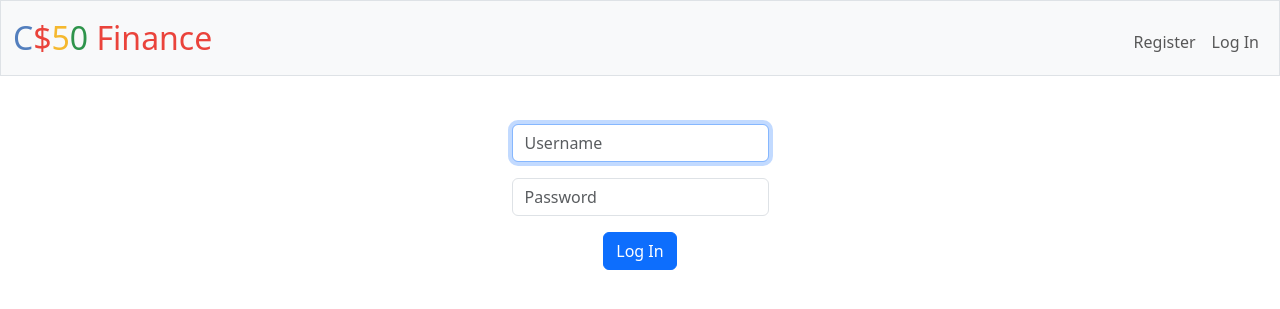
Repository: OMENx000/stock-trading
Page: http://localhost/login
These files come from the project's save history. The page is drawn as it stood at one moment and after the next save; the edit follows.
The browser window is 1280 px wide. The pictures show the whole page.
The page is served by the project's application, run on Flask 3 (app.py). Other server files are loaded and not shown.

Above is the page before, as saved 2025-08-18 17:46:13.

### templates/layout.html
<!DOCTYPE html>

<html lang="en">

    <head>

        <meta charset="utf-8">
        <meta name="viewport" content="initial-scale=1, width=device-width">

        <!-- http://getbootstrap.com/docs/5.3/ -->
        <link href="https://cdn.jsdelivr.net/npm/bootstrap@5.3.3/dist/css/bootstrap.min.css" rel="stylesheet" integrity="sha384-QWTKZyjpPEjISv5WaRU9OFeRpok6YctnYmDr5pNlyT2bRjXh0JMhjY6hW+ALEwIH" crossorigin="anonymous">
        <script src="https://cdn.jsdelivr.net/npm/bootstrap@5.3.3/dist/js/bootstrap.bundle.min.js" integrity="sha384-YvpcrYf0tY3lHB60NNkmXc5s9fDVZLESaAA55NDzOxhy9GkcIdslK1eN7N6jIeHz" crossorigin="anonymous"></script>

        <!-- https://favicon.io/emoji-favicons/money-bag/ -->
        <link href="/static/favicon.ico" rel="icon">

        <link href="/static/styles.css" rel="stylesheet">

        <script src="/static/script.js"></script>

        <title>Berkshire Hathaway: {% block title %}{% endblock %}</title>

    </head>

    <body>

        <nav class="bg-light border navbar navbar-expand-md navbar-light">
            <div class="container-fluid">
                <a class="navbar-brand" href="/"><span class="blue">C</span><span class="red">$</span><span class="yellow">5</span><span class="green">0</span> <span class="red">Finance</span></a>
                <button aria-controls="navbar" aria-expanded="false" aria-label="Toggle navigation" class="navbar-toggler" data-bs-target="#navbar" data-bs-toggle="collapse" type="button">
                    <span class="navbar-toggler-icon"></span>
                </button>
                <div class="collapse navbar-collapse" id="navbar">
                    {% if session["user_id"] %}
                        <ul class="navbar-nav me-auto mt-2">
                            <li class="nav-item"><a class="nav-link" href="/">Dashboard</a></li>
                            <li class="nav-item"><a class="nav-link" href="/quote">Quote</a></li>
                            <li class="nav-item"><a class="nav-link" href="/buy">Buy</a></li>
                            <li class="nav-item"><a class="nav-link" href="/sell">Sell</a></li>
                            <li class="nav-item"><a class="nav-link" href="/history">History</a></li>
                            <li class="nav-item"><a class="nav-link" href="/add_cash">Add Cash</a></li>
                        </ul>
                        <ul class="navbar-nav ms-auto mt-2">
                            <li class="nav-item"><a class="nav-link" href="/change-password">Change Password</a></li>
                            <li class="nav-item"><a class="nav-link" href="/logout">Log Out</a></li>
                        </ul>
                    {% else %}
                        <ul class="navbar-nav ms-auto mt-2">
                            <li class="nav-item"><a class="nav-link" href="/register">Register</a></li>
                            <li class="nav-item"><a class="nav-link" href="/login">Log In</a></li>
                        </ul>
                    {% endif %}
                </div>
            </div>
        </nav>

        {% if get_flashed_messages() %}
            <header>
                <div class="alert alert-primary mb-0 text-center" role="alert">
                    {{ get_flashed_messages() | join(" ") }}
                </div>
            </header>
        {% endif %}

        <main class="container py-5 text-center">
            {% block main %}{% endblock %}
        </main>
    </body>

</html>

### app.py
import os

from cs50 import SQL
from flask import Flask, flash, redirect, render_template, request, session, jsonify
from flask_session import Session
from werkzeug.security import check_password_hash, generate_password_hash
from datetime import datetime

from helpers import apology, login_required, lookup, usd, convert_dt, check_quantity

# Configure application
app = Flask(__name__)

# Custom filter
app.jinja_env.filters["usd"] = usd
app.jinja_env.filters["convert_dt"] = convert_dt

# Configure session to use filesystem (instead of signed cookies)
app.config["SESSION_PERMANENT"] = False
app.config["SESSION_TYPE"] = "filesystem"
Session(app)

# Configure CS50 Library to use SQLite database
db = SQL("sqlite:///finance.db")


@app.after_request
def after_request(response):
    """Ensure responses aren't cached"""
    response.headers["Cache-Control"] = "no-cache, no-store, must-revalidate"
    response.headers["Expires"] = 0
    response.headers["Pragma"] = "no-cache"
    return response


@app.route("/")
@login_required
def index():
    """Show portfolio of stocks"""
    context = {}
    context["shares"] = db.execute("SELECT * FROM shares_owned WHERE user_id = ?", session["user_id"])
    sum = db.execute("SELECT SUM(total_holdings) FROM shares_owned WHERE user_id = ?", session["user_id"])[0]["SUM(total_holdings)"]
    if not sum:
        sum = 0
    context["cash"] = db.execute("SELECT * FROM users WHERE id = ?", session["user_id"])[0]["cash"]
    context["total"] = context["cash"] + sum

    return render_template("index.html", context=context)

@app.route("/buy", methods=["GET", "POST"])
@login_required
def buy():
    """Buy shares of stock"""
    user_info = db.execute("SELECT * FROM users WHERE id = ?", session["user_id"])[0]
    balance = int(user_info["cash"])

    if request.method == "POST":
        symbol, quantity = request.form.get("symbol").upper(), request.form.get("quantity", 0)
        if quantity < 1: return apology("Enter Valid quantity") # quantity smaller than 1

        quantity = check_quantity(quantity)
        if not quantity:
            return apology("Enter Valid quantity")

        info = lookup(symbol)
        if not symbol or not info: # if symbol is wrong
            return apology("Enter Valid Symbol")


        #check if user can afford with available balance
        if info["price"] * quantity > balance:
            return apology("Insufficient Balance!")

        dt = int(datetime.now().timestamp())
        # record purchase with action = "P"
        db.execute("INSERT INTO history(user_id, company_name, company_symbol, action, quantity, price, datetime) VALUES (?, ?, ?, ?, ?, ?, ?)",
                   user_info["id"], info["name"], symbol, "P", quantity, info["price"], dt)


        # add into users shares
        shares_owned = db.execute("SELECT * FROM shares_owned WHERE user_id = ? AND symbol = ?", user_info["id"], symbol) # get current holdings

        if shares_owned: # if already have that type of shares
            db.execute("UPDATE shares_owned SET quantity = ?, total_holdings = ? WHERE user_id = ? AND symbol = ?", shares_owned[0]["quantity"] + quantity,
                       shares_owned[0]["total_holdings"] + (quantity * info["price"]), user_info["id"], symbol)
        else:
            db.execute("INSERT INTO shares_owned(user_id, symbol, quantity, total_holdings) VALUES(?, ?, ?, ?)", user_info["id"],
                       symbol, quantity, info["price"] * quantity)


        # decrease balance
        db.execute("UPDATE users SET cash = ? WHERE id = ?", balance - (info["price"] * quantity), user_info["id"])

        return redirect("/")
    return render_template("purchase.html", balance=balance)


@app.route("/history")
@login_required
def history():
    """Show history of transactions"""
    context = db.execute("SELECT * FROM history WHERE user_id = ?", session["user_id"])
    return render_template("history.html", context=context)

@app.route("/login", methods=["GET", "POST"])
def login():
    """Log user in"""

    # Forget any user_id
    session.clear()

    # User reached route via POST (as by submitting a form via POST)
    if request.method == "POST":
        # Ensure username was submitted
        if not request.form.get("username"):
            return apology("must provide username", 403)

        # Ensure password was submitted
        elif not request.form.get("password"):
            return apology("must provide password", 403)

        # Query database for username
        rows = db.execute(
            "SELECT * FROM users WHERE username = ?", request.form.get("username")
        )

        # Ensure username exists and password is correct
        if len(rows) != 1 or not check_password_hash(
            rows[0]["hash"], request.form.get("password")
        ):
            return apology("invalid username and/or password", 403)

        # Remember which user has logged in
        session["user_id"] = rows[0]["id"]

        # Redirect user to home page
        return redirect("/")

    # User reached route via GET (as by clicking a link or via redirect)
    else:
        return render_template("login.html")


@app.route("/logout")
def logout():
    """Log user out"""

    # Forget any user_id
    session.clear()

    # Redirect user to login form
    return redirect("/")


@app.route("/quote", methods=["GET", "POST"])
@login_required
def quote():
    """Get stock quote."""
    if request.method == "POST":
        symbol = request.form.get("symbol")
        info = lookup(symbol)

        if not symbol or not info: # if input is wrong
            return apology("Enter Valid Symbol")
        return render_template("quote.html", info=info) # if request is post and input is correct
    return render_template("quote.html") # get request

@app.route("/register", methods=["GET", "POST"])
def register():
    """Register user"""
    if request.method == "POST":
        username, password, confirmation = request.form.get("username"), request.form.get("password"), request.form.get("confirmation")
        if not username or not password or not confirmation: # if any field is blank
            return apology("You must fill all fields correctly!")
        if password != confirmation:
            return apology("Passwords does not match")
        if db.execute("SELECT * FROM users WHERE username = ?", username):  # username already taken
            return apology("Username is already taken!")

        hash = generate_password_hash(password)
        db.execute("INSERT INTO users(username, hash) VALUES (?, ?)", username, hash) # put into database

        return redirect("/login")
    return render_template("register.html") # get request

@app.route("/sell", methods=["GET", "POST"])
@login_required
def sell():
    """Sell shares of stock"""
    user_info = db.execute("SELECT * FROM users WHERE id = ?", session["user_id"])[0]
    balance = int(user_info["cash"])

    if request.method == "POST":
        symbol, quantity = request.form.get("symbol").upper(), request.form.get("quantity", 0)
        if quantity < 1: return apology("Enter Valid quantity") # quantity smaller than 1

        quantity = check_quantity(quantity)
        if not quantity:
            return apology("Enter Valid quantity")

        info = lookup(symbol)
        if not symbol or not info: # if symbol is wrong
            return apology("Enter Valid Symbol")

        # check if user owns the stock in particular quantity
        shares_owned = db.execute("SELECT * FROM shares_owned WHERE user_id = ? AND symbol = ?", user_info["id"], symbol)
        if not shares_owned or shares_owned[0]["quantity"] < quantity:
            return apology("No shares available to sell")

        # if everything is okay
        dt = int(datetime.now().timestamp())
        # record sell with action = "S"
        db.execute("INSERT INTO history(user_id, company_name, company_symbol, action, quantity, price, datetime) VALUES (?, ?, ?, ?, ?, ?, ?)",
                   user_info["id"], info["name"], symbol, "S", quantity, info["price"], dt)

        # change shares owned
        if shares_owned[0]["quantity"] > quantity: # update quantity if more available
            db.execute("UPDATE shares_owned SET quantity = ?, total_holdings = ? WHERE user_id = ? AND symbol = ?",
                       shares_owned[0]["quantity"] - quantity, shares_owned[0]["total_holdings"] - (info["price"] * quantity), user_info["id"], symbol)

        elif shares_owned[0]["quantity"] == quantity: # remove from list if quantity match
            db.execute("DELETE FROM shares_owned WHERE user_id = ? AND symbol = ?", user_info["id"], symbol)

        # increase balance
        db.execute("UPDATE users SET cash = ? WHERE id = ?", balance + (info["price"] * quantity), user_info["id"])

        return redirect("/")
    return render_template("sell.html", balance=balance)


@app.route("/change-password", methods=["GET", "POST"])
@login_required
def change_password():
    ''' Users can change password when logged in'''
    if request.method == "POST":
        current_password, new_password = request.form.get("current_password"), request.form.get("new_password")
        if not current_password or not new_password or not request.form.get("confirm_new_password"): # check all fields are filled
            return apology("Enter Valid Credentials")

        # current password is not correct
        if not check_password_hash((db.execute("SELECT hash FROM users WHERE id = ?", session["user_id"])[0]["hash"]), current_password):
            return apology("Current password is incorrect")

        # if old and new are same
        if current_password == new_password:
            return apology("Passwords cannot be same")

        # new passwords does not match
        if new_password != request.form.get("confirm_new_password"):
            return apology("Passwords does not match")

        # change the passowrd in db
        db.execute("UPDATE users SET hash=? WHERE id = ?", generate_password_hash(new_password), session["user_id"])
        return redirect("/")
    return render_template("change_password.html")

@app.route("/lookup", methods=["GET"])
def lookup_api():
    symbol = request.args.get("symbol")
    if not symbol:
        return jsonify({"error": "Missing symbol"}), 400

    info = lookup(symbol)  # returns dict like {"name": "...", "symbol": "...", "price": ...}
    if not info:
        return jsonify({"error": "Symbol not found"}), 404

    return jsonify(info)

@app.route("/add_cash", methods=["GET", "POST"])
def add_cash():
    user_info = db.execute("SELECT * FROM users WHERE id = ?", session["user_id"])
    if request.method == "POST":
        cash = int(request.form.get("cash", default=0))
        # if field is empty or number is less than 100
        if cash < 100:
            return apology("Enter amount greater than 100")
        elif cash > 100000: # for fun
            return apology("Be in your limits")

        db.execute("UPDATE users SET cash=? WHERE id=?", cash + user_info[0]["cash"], user_info[0]["id"])
        return redirect("/buy")
    return render_template("add_cash.html", balance=user_info[0]["cash"])

### static/styles.css
/* Size for brand */
nav .navbar-brand
{
    font-size: xx-large;
}

/* Colors for brand */
nav .navbar-brand .blue
{
    color: #537fbe;
}
nav .navbar-brand .red
{
    color: #ea433b;
}
nav .navbar-brand .yellow
{
    color: #f5b82e;
}
nav .navbar-brand .green
{
    color: #2e944b;
}

.card {
    position: absolute;
    padding-top: 0;
    top: 1;
    right: 0;
    width: 10%;
}

.card-body {
    height: 50%;
}

.main-box {
        max-width: 500px;
        margin: 50px auto;
        padding: 30px;
        border: 1px solid #dee2e6;
        border-radius: 10px;
        background-color: #f8f9fa;
        box-shadow: 0 0 10px rgba(0, 0, 0, 0.1);
}

.main-header {
        font-family: 'Georgia', serif;
        font-size: 2rem;
        text-align: center;
        margin-bottom: 20px;
        color: #343a40;
        border-bottom: 2px solid #6c757d;
        padding-bottom: 10px;
}

.table-bordered td,
    .table-bordered th {
        border: 2px solid black !important;
    }

#table_headings {
    background-color: white;
    color: black;
    border: 2px solid black;
    border-radius: 5px;
}

### static/script.js
// Function to fetch stock info and display it below the symbol input
function fetchStockInfo(symbolInputId, quantityInputId, infoDisplayId) {

    // When quantity input is clicked
    document.getElementById(quantityInputId).addEventListener("click", function () {

        // Get the symbol value
        let symbol = document.getElementById(symbolInputId).value.trim();

        // If no symbol entered, show message
        if (!symbol) {
            document.getElementById(infoDisplayId).textContent = "Please enter a symbol first.";
            return;
        }

        // Fetch stock data from our API
        fetch(`/lookup?symbol=${symbol}`)
            .then(response => response.json())
            .then(data => {
                // If data has name and price, display them
                if (data.name && data.price !== undefined) {
                    document.getElementById(infoDisplayId).innerHTML =
                        `<strong>${data.name}<br />$${data.price}</strong><br /><br />`;
                } else {
                    document.getElementById(infoDisplayId).textContent = "Stock not found.";
                }
            })
            .catch(err => {
                console.error("Error fetching stock data:", err);
                document.getElementById(infoDisplayId).textContent = "Error loading stock info.";
            });
    });
}


// Function to update all stock prices from table cells
function updatePrices(priceCellPrefix, lookupUrl) {

    function fetchAndUpdate() {
        // Find all table cells with the given prefix in their ID
        document.querySelectorAll(`td[id^='${priceCellPrefix}']`).forEach(cell => {

            // Get symbol from ID (remove prefix part)
            let symbol = cell.id.replace(priceCellPrefix, "");

            // Fetch stock data
            fetch(`${lookupUrl}?symbol=${symbol}`)
                .then(response => response.json())
                .then(data => {
                    if (data.price !== undefined) {
                        cell.textContent = `$${data.price}`;
                    } else {
                        cell.textContent = "N/A";
                    }
                })
                .catch(err => {
                    console.error("Error fetching data:", err);
                    cell.textContent = "Error";
                });
        });
    }

    // Run once when page loads
    fetchAndUpdate();

    // Update every 10 seconds
    setInterval(fetchAndUpdate, 10000);
}

Loaded but not shown: templates/login.html (common file)

After the next save:
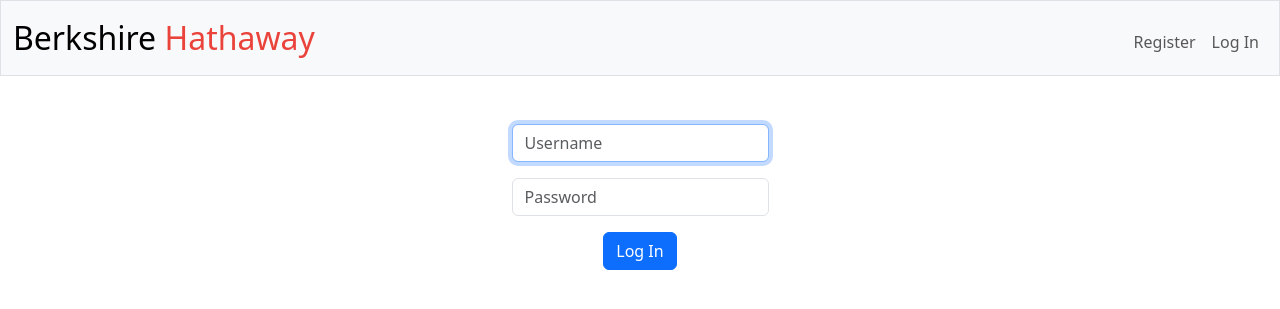
Saved 101 s later.
--- a/templates/layout.html
+++ b/templates/layout.html
@@ -26,7 +26,7 @@
 
         <nav class="bg-light border navbar navbar-expand-md navbar-light">
             <div class="container-fluid">
-                <a class="navbar-brand" href="/"><span class="blue">C</span><span class="red">$</span><span class="yellow">5</span><span class="green">0</span> <span class="red">Finance</span></a>
+                <a class="navbar-brand" href="/"><span class="black">Berkshire</span> <span class="red">Hathaway</span></a>
                 <button aria-controls="navbar" aria-expanded="false" aria-label="Toggle navigation" class="navbar-toggler" data-bs-target="#navbar" data-bs-toggle="collapse" type="button">
                     <span class="navbar-toggler-icon"></span>
                 </button>
